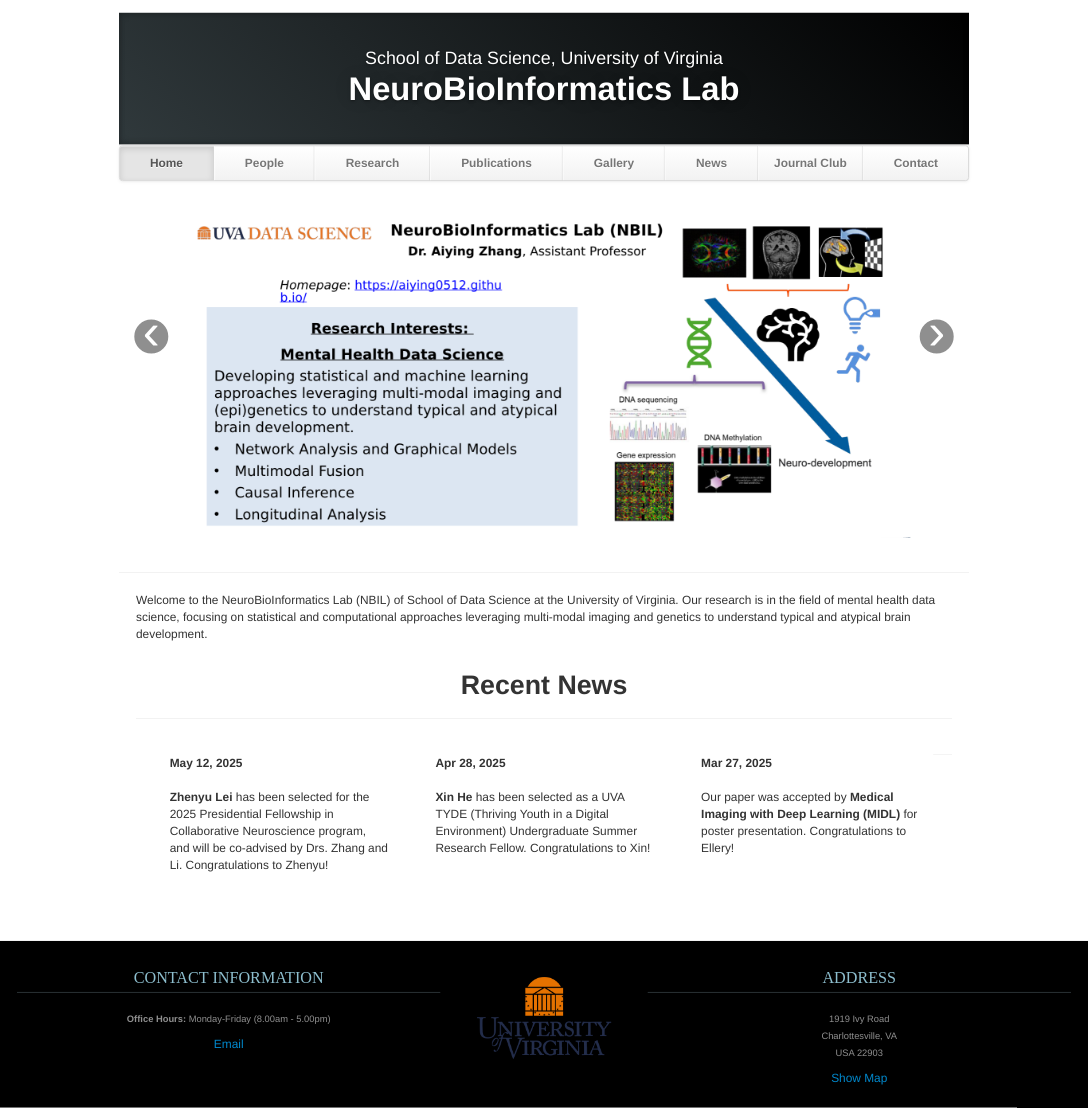
Repository: nbillab/nbillab.io
Page: index.html
An editor plug-in stored every save of this project. The page is shown before and after the next save, followed by the edit.
The browser window is 1280 px wide. The pictures show the whole page, at 85% of full size.

Above is the page before, as saved 2025-09-01 12:27:44.

### index.html
<!DOCTYPE html>
<html lang="en">
   <head>
      <meta charset="utf-8">
      <title>NeuroBioInformatics Lab</title>
      <meta name="viewport" content="width=device-width, initial-scale=1.0">
      <meta name="description" content="Research Lab, Home, Velit Aliquet Sagittis University">
      <meta name="author" content="">
      <!-- Le styles -->
      <link href="css/bootstrap.min.css" rel="stylesheet">
      <link href="css/bootstrap-responsive.min.css" rel="stylesheet">
      <link href="css/theme.css" rel="stylesheet">
   </head>
   <body>
      <div class="container">
         <header class="jumbotron subhead" id="overview">
            <p class="lead"> School of Data Science, University of Virginia </p>
            <h1>NeuroBioInformatics Lab</h1>
         </header>
         <div class="masthead">
            <div class="navbar">
               <div class="navbar-inner">
                  <div class="container">
                     <ul class="nav">
                        <li class="active"><a href="#">Home</a></li>
                        <li><a href="people.html">People</a></li>
                        <li><a href="research.html">Research</a></li>
                        <li><a href="publications.html">Publications</a></li>
                        <li><a href="gallery.html">Gallery</a></li>
                        <li><a href="news.html">News</a></li>
                        <li><a href="journalclub.html">Journal Club</a></li>
                        <li><a href="contact.html">Contact</a></li>
                     </ul>
                  </div>
               </div>
            </div>
         </div>
         <div class="row-fluid">
            <div class="span12">
               <div id="main-carousel" class="carousel slide">
                  <div class="carousel-inner">
                     <div class="item active">
                        <img src="images/lab_intro.png" class="carousel-image" alt="Lab Introduction" style="width: 100%; max-height: 400px; object-fit: contain;">
                     </div>
                     <div class="item">
                        <img src="images/IBrain_GNN.png" class="carousel-image" alt="Lab Gathering" style="width: 100%; max-height: 400px; object-fit: contain;">
                     </div>
                  </div>
                  <a class="left carousel-control" href="#main-carousel" data-slide="prev">‹</a>
                  <a class="right carousel-control" href="#main-carousel" data-slide="next">›</a>
               </div>
            </div>
         </div>
         <hr>
         <div class="container-fluid">
            <div class="row-fluid marketing">
               <div class="span12">
                  <p>
   Welcome to the NeuroBioInformatics Lab (NBIL) of School of Data Science at the University of Virginia.
   Our research is in the field of mental health data science, focusing on statistical and computational
   approaches leveraging multi-modal imaging and genetics to understand typical and atypical brain development.
                  </p>
                  <br/>
               </div>
               <div class="row-fluid">
                  <hr>
                  <h2 class="centered">Recent News</h2>
                  <hr>
               </div>
               <div class="span4 feature-item">
                  <h5><span class="date">May 12, 2025</span></h5>
                  <p><strong>Zhenyu Lei</strong> has been selected for the 2025 Presidential Fellowship in Collaborative Neuroscience program, and will be co-advised by Drs. Zhang and Li. Congratulations to Zhenyu!</p>
                  <br/>
               </div>
               <div class="span4 feature-item">
                  <h5><span class="date">Apr 28, 2025</span></h5>
                  <p><strong>Xin He</strong> has been selected as a UVA TYDE (Thriving Youth in a Digital Environment) Undergraduate Summer Research Fellow. Congratulations to Xin!</p>
                  <br/>
               </div>
               <div class="span4 feature-item">
                  <h5><span class="date">Mar 27, 2025</span></h5>
                  <p>Our paper was accepted by <strong>Medical Imaging with Deep Learning (MIDL)</strong> for poster presentation. Congratulations to Ellery!</p>
                  <br/>
               </div>
               <hr>
            </div>
            <div class="row-fluid">
               <!-- Additional news items can be added here if needed -->
            </div>
         </div>
      </div>
      <footer id="footer">
         <div class="container-fluid">
            <div class="row-fluid">
               <div class="span5">
                  <h3>Contact Information</h3>
                  <p><b>Office Hours: </b>Monday-Friday (8.00am - 5.00pm)</p>
                  <a href="mailto:xsa5db@virginia.edu">Email</a>
               </div>
               <div class="span2">
                  <a href="https://datascience.virginia.edu/"><img src = "images/UVA.png" alt="research-lab-logo"/></a>
               </div>
               <div class="span5">
                  <h3>Address</h3>
                  <p>1919 Ivy Road<br>
                     Charlottesville, VA<br>
                     USA 22903
                  </p>
                  <a href="http://maps.google.com/">Show Map</a>
               </div>
            </div>
         </div>
      </footer>

      <!-- Javascript files -->
      <script src="js/jquery-1.9.1.min.js"></script>
      <script src="js/bootstrap.min.js"></script>
   </body>
</html>

### css/theme.css
body {
	padding-top: 15px;
	padding-bottom: 0px;
}


/* Custom container */

.container {
	margin: 0 auto;
	max-width: 1000px;
}

.container>hr {
	margin: 20px 0
}


/* Customize the navbar links to be fill the entire space of the .navbar */

.navbar .navbar-inner {
	padding: 0
}

.navbar .nav {
	margin: 0;
	display: table;
	width: 100%;
}

.navbar .nav li {
	display: table-cell;
	width: 1%;
	float: none;
}

.navbar .nav li a {
	font-weight: bold;
	text-align: center;
	border-left: 1px solid rgba(255, 255, 255, .75);
	border-right: 1px solid rgba(0, 0, 0, .1);
}

.navbar .nav li:first-child a {
	border-left: 0;
	border-radius: 3px 0 0 3px;
}

.navbar .nav li:last-child a {
	border-right: 0;
	border-radius: 0 3px 3px 0;
}

body>.navbar {
	font-size: 13px
}


/* Change the docs' brand */

body>.navbar .brand {
	padding-right: 0;
	padding-left: 0;
	margin-left: 20px;
	float: right;
	font-weight: bold;
	color: #000;
	text-shadow: 0 1px 0 rgba(255, 255, 255, .1), 0 0 30px rgba(255, 255, 255, .125);
	-webkit-transition: all .2s linear;
	-moz-transition: all .2s linear;
	transition: all .2s linear;
}

body>.navbar .brand:hover {
	text-decoration: none;
	text-shadow: 0 1px 0 rgba(255, 255, 255, .1), 0 0 30px rgba(255, 255, 255, .4);
}


/* Sidenav for Docs
         -------------------------------------------------- */

@media screen and (max-width: 768px) {
	.bs-docs-sidenav {
		display: none !important;
	}
}

.bs-docs-sidenav {
	width: 228px;
	margin: 30px 0 0;
	padding: 0;
	background-color: #fff;
	-webkit-border-radius: 6px;
	-moz-border-radius: 6px;
	border-radius: 6px;
	-webkit-box-shadow: 0 1px 4px rgba(0, 0, 0, .065);
	-moz-box-shadow: 0 1px 4px rgba(0, 0, 0, .065);
	box-shadow: 0 1px 4px rgba(0, 0, 0, .065);
}

.bs-docs-sidenav>li>a {
	display: block;
	width: 200px;
	margin: 0 0 -1px;
	padding: 8px 14px;
	border: 1px solid #e5e5e5;
}

.bs-docs-sidenav>li>a.subhead {
	display: block;
	width: 168px;
	margin: 0 0 -1px;
	padding: 8px 30px;
	border: 1px solid #e5e5e5;
	font-size: 12px;
}

.bs-docs-sidenav>li:first-child>a {
	-webkit-border-radius: 6px 6px 0 0;
	-moz-border-radius: 6px 6px 0 0;
	border-radius: 6px 6px 0 0;
}

.bs-docs-sidenav>li:last-child>a {
	-webkit-border-radius: 0 0 6px 6px;
	-moz-border-radius: 0 0 6px 6px;
	border-radius: 0 0 6px 6px;
}

.bs-docs-sidenav>.active>a {
	position: relative;
	z-index: 2;
	padding: 9px 15px;
	border: 0;
	text-shadow: 0 1px 0 rgba(0, 0, 0, .15);
	-webkit-box-shadow: inset 1px 0 0 rgba(0, 0, 0, .1), inset -1px 0 0 rgba(0, 0, 0, .1);
	-moz-box-shadow: inset 1px 0 0 rgba(0, 0, 0, .1), inset -1px 0 0 rgba(0, 0, 0, .1);
	box-shadow: inset 1px 0 0 rgba(0, 0, 0, .1), inset -1px 0 0 rgba(0, 0, 0, .1);
}

.bs-docs-sidenav>li>a:hover {
	background-color: #f5f5f5
}

.bs-docs-sidenav a:hover .icon-chevron-right {
	opacity: .5
}

.bs-docs-sidenav.affix {
	top: 10px
}

.bs-docs-sidenav.affix-bottom {
	position: absolute;
	top: auto;
	bottom: 270px;
}


/* Responsive
         -------------------------------------------------- */

.affix {
	top: 0px
}

#media {
	margin-top: 70px
}

#media .header {
	margin-left: 0;
	margin-bottom: 56px;
	margin-top: 30px;
}

#media .post_row {
	margin-left: 0;
	margin-bottom: 40px;
}

#media .lastpost_row {
	margin-bottom: 0
}

#media .post_row .post {
	background: #fff;
	/*margin-left: 0;;
    margin-right: 20px;*/
	border-radius: 4px;
	box-shadow: 1px 1px 2px 0px #E0E0E0;
	width: 487px;
	height: 616px;
}

#media .post_row .last {
	margin-right: 0
}

#media .post_row .post .img {
	position: relative;
	text-align: center;
}

#media .post_row .post .img .date {
	background: #E8554E;
	position: absolute;
	padding: 2px 5px;
	top: 0;
	left: 11px;
}

#media .post_row .post .img .date p {
	color: #fff;
	font-size: 14px;
	font-weight: bold;
	font-style: italic;
	margin: 0;
}

#media .post_row .post .img img {
	height: 275px;
	width: 410px;
}

#media .post_row .post .text {
	margin: 18px auto 0;
	width: 83%;
}

#media .post_row .post .text h5 {
	margin: 0 0 8px 0;
	font-size: 20px;
	line-height: 23px;
}

#media .post_row .post .text h5 a {
	color: #333
}

#media .post_row .post .text span.date {
	color: #9F9F9F;
	display: block;
	margin-bottom: 12px;
	font-style: italic;
	font-size: 13px;
}

#media .post_row .post .text p {
	margin: 0;
	line-height: 21px;
	font-size: 14px;
}

#media .post_row .post .author_box {
	margin: 12px auto 20px;
	border-top: 1px solid #EDEDED;
	overflow: hidden;
	text-align: left;
	width: 85%;
	padding-top: 12px;
}

#media .post_row .post .author_box h6 {
	margin: 0 0 3px 0;
	font-size: 13px;
	line-height: 15px;
	font-style: italic;
	font-weight: normal;
	color: #B2B2B2;
}

#media .post_row .post .author_box p {
	color: #B2B2B2;
	font-style: italic;
	font-size: 13px;
	line-height: 14px;
	margin: 0;
}

#media .post_row .post .author_box img {
	float: right
}

#media .post_row .post a.plus_wrapper {
	width: 99%;
	text-align: center;
	background: #fff;
	display: none;
	border-radius: 0px 0px 4px 4px;
	padding: 6px 0px 2px;
	margin: 0 auto 1px;
}

#media .post_row .post a.plus_wrapper span {
	color: #1189D9;
	font-size: 30px;
	font-weight: bold;
}

#media .post_row .post:hover a.plus_wrapper {
	display: block
}

#media .post_row .post:hover {
	box-shadow: 0px 1px 5px 1px rgb(216, 216, 216)
}

#media .post_row .post:hover .text h5 a {
	color: #1189D9
}

.map .box_wrapp {
	position: absolute;
	margin: 15px auto;
	box-shadow: 0 0 7px 0 rgba(26, 26, 26, 0.4);
	padding: 30px 0 30px;
	background: white;
	border-radius: 4px;
	margin-top: 25px;
}

.map .box_wrapp .box_cont {
	margin: 30px auto;
	width: 76%;
}

.section-header {
	text-align: center;
	margin-bottom: 35px;
}

.section-header h1,
.title-text {
	font-weight: bold;
	font-size: 30px;
	margin: 12.5px 0;
	font-weight: 100;
	margin-bottom: 25px;
	line-height: 55px;
}

.feature-item:hover {
	box-shadow: 0px 1px 5px 1px rgb(216, 216, 216)
}

.feature-item img {
	margin-left: 15px;
	margin-right: 15px;
	max-width: 90%;
	height: 200px;
}

.feature-item h5 {
	margin-left: 15px;
	margin-right: 15px;
	margin-top: 20px;
	margin-bottom: 20px;
}

.feature-item p {
	margin-left: 15px;
	margin-right: 15px;
}

.feature-heading {
	margin-top: 20px;
	margin-bottom: 20px;
	margin-left: 15px;
	margin-right: 15px;
}

.feature-heading a:hover {
	text-decoration: none;
}

.feature-button {
	font-size: 16px;
	background-image: none;
	box-shadow: none;
	margin-bottom: 10px;
}

.centered {
	text-align: center;
}

.subhead {
	text-align: left;
	border-bottom: 1px solid #ddd;
}

.jumbotron {
	position: relative;
	padding: 45px 0px 35px 0px;
	color: #fff;
	text-align: center;
	text-shadow: 0 1px 3px rgba(0, 0, 0, .4), 0 0 30px rgba(0, 0, 0, .075);
	background: #30393C;
	background: -moz-linear-gradient(45deg, #30393C 0%, #000000 100%);
	background: -webkit-gradient(linear, left bottom, right top, color-stop(0%, #30393C), color-stop(100%, #30393C));
	background: -webkit-linear-gradient(45deg, #30393C 0%, #000000 100%);
	background: -o-linear-gradient(45deg, #30393C 0%, #000000 100%);
	background: -ms-linear-gradient(45deg, #30393C 0%, #000000 100%);
	background: linear-gradient(45deg, #30393C 0%, #000000 100%) repeat;
	-webkit-box-shadow: inset 0 3px 7px rgba(0, 0, 0, .2), inset 0 -3px 7px rgba(0, 0, 0, .2);
	-moz-box-shadow: inset 0 3px 7px rgba(0, 0, 0, .2), inset 0 -3px 7px rgba(0, 0, 0, .2);
	box-shadow: inset 0 3px 7px rgba(0, 0, 0, .2), inset 0 -3px 7px rgba(0, 0, 0, .2);
}

.jumbotron:after {
	content: '';
	display: block;
	position: absolute;
	top: 0;
	right: 0;
	bottom: 0;
	left: 0;
	opacity: .4;
}

.lead {
	margin-bottom: 0px;
	font-size: 21px;
	font-weight: 200;
	line-height: 15px;
}

img.float-left {
	float: left;
	margin-top: 9px;
	margin-left: 0px;
	margin-right: 30px;
	margin-bottom: 12px;
}

img.float-right {
	float: right;
	margin-top: 9px;
	margin-right: 0px;
	margin-bottom: 12px;
	margin-left: 30px;
}

img.publications-thumb {
	width: 142px;
	height: 188px;
}

.caption {
	margin: 10px;
}

.responsive-video {
	position: relative;
	padding-bottom: 56.25%;
	padding-top: 60px;
	overflow: hidden;
}

.responsive-video iframe,
.responsive-video object,
.responsive-video embed {
	position: absolute;
	top: 0;
	left: 0;
	width: 93.5%;
	height: 93.5%;
}

.video-caption {
	margin: 10px;
}

.accordion {
	margin-bottom: 20px;
	margin-right: 40px;
}

.thumbnail>img.sponsor {
	width: 212px;
	height: 150px;
}

img.carousel-image {
	width: 100%;
}

li.publication {
	margin-bottom: 20px;
}

.page-header h3 a:hover {
	text-decoration: none;
}

iframe.map-frame {
	border: none;
	overflow: hidden;
	margin-top: 10px;
	margin-bottom: 10px;
	margin-left: 0px;
	margin-right: 0px;
	height: 550px;
	width: 100%;
}

ul.sponsors {
	margin-top: 40px;
	margin-bottom: 40px;
}

#footer {
	z-index: 10;
	margin-top: 50px;
	margin-bottom: 0px;
	padding-bottom: 25px;
	border-top-width: 8px;
	border-top-style: solid;
	border-top-color: #2F2F2F;
	background-color: #000000;
	border: 0;
	font-size: 100%;
	font: inherit;
	vertical-align: baseline;
	text-align: center;
}

#footer h3 {
	font-size: 19px;
	text-transform: uppercase;
	font-family: BebasNeueRegular;
	color: #8DBECE;
	border-bottom-width: 1px;
	border-bottom-style: solid;
	border-bottom-color: #30393C;
	line-height: 35px;
	margin-bottom: 20px;
	margin-top: 25px;
	font-weight: normal;
}

#footer a img {
	margin-top: 40px;
}

#footer p,
#footer address {
	color: #8F8F8F;
	font-size: 11px;
}

Loaded but not shown: css/bootstrap.min.css (library); css/bootstrap-responsive.min.css (library); js/jquery-1.9.1.min.js (library); js/bootstrap.min.js (library)

After the next save:
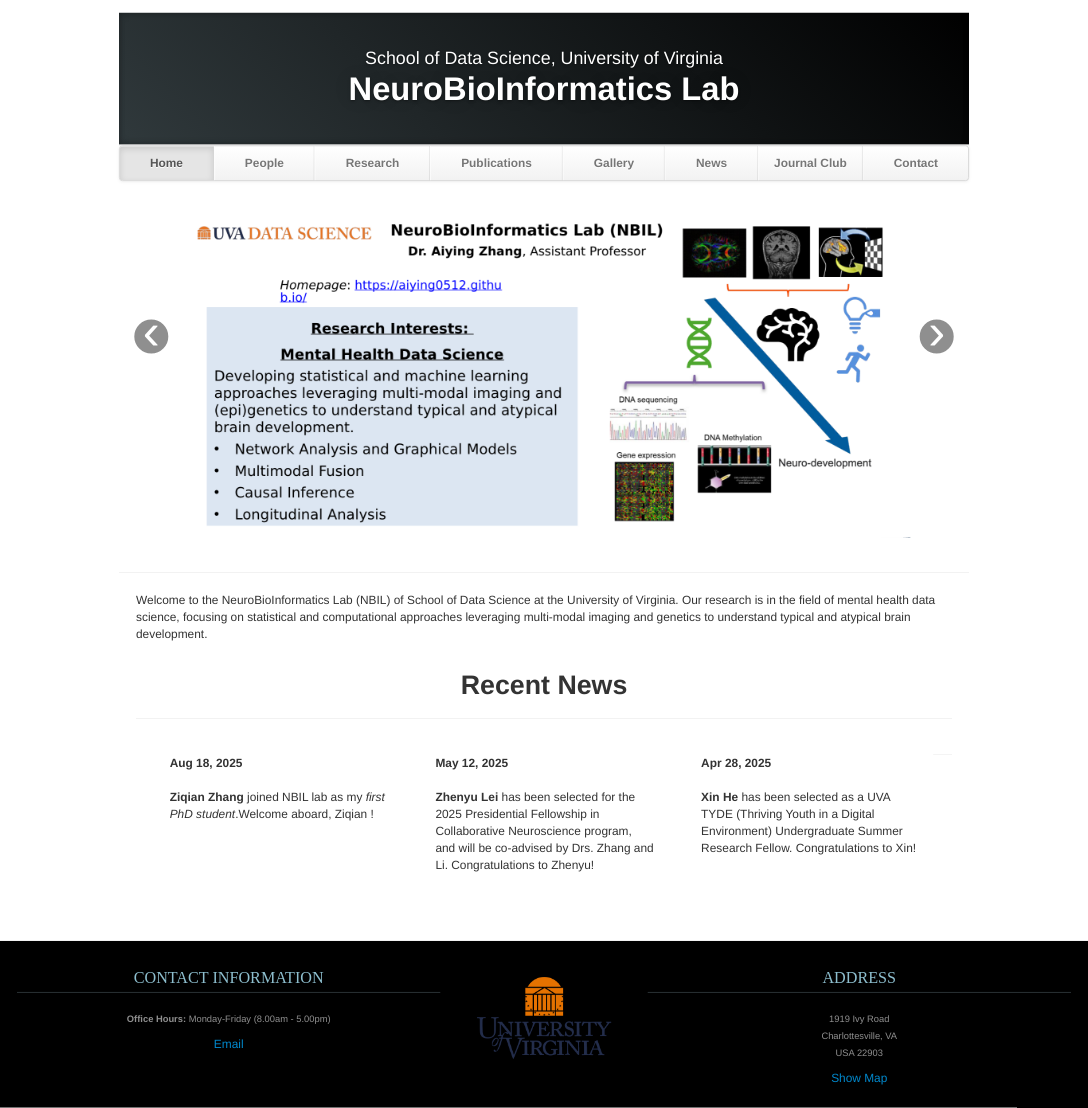
Saved 20 min 11 s later.
--- a/index.html
+++ b/index.html
@@ -68,6 +68,11 @@
                   <hr>
                </div>
                <div class="span4 feature-item">
+                  <h5><span class="date">Aug 18, 2025</span></h5>
+                  <p><strong>Ziqian Zhang</strong> joined NBIL lab as my <em>first PhD student</em>.Welcome aboard, Ziqian ! </p>
+                  <br/>
+               </div>
+               <div class="span4 feature-item">
                   <h5><span class="date">May 12, 2025</span></h5>
                   <p><strong>Zhenyu Lei</strong> has been selected for the 2025 Presidential Fellowship in Collaborative Neuroscience program, and will be co-advised by Drs. Zhang and Li. Congratulations to Zhenyu!</p>
                   <br/>
@@ -77,11 +82,7 @@
                   <p><strong>Xin He</strong> has been selected as a UVA TYDE (Thriving Youth in a Digital Environment) Undergraduate Summer Research Fellow. Congratulations to Xin!</p>
                   <br/>
                </div>
-               <div class="span4 feature-item">
-                  <h5><span class="date">Mar 27, 2025</span></h5>
-                  <p>Our paper was accepted by <strong>Medical Imaging with Deep Learning (MIDL)</strong> for poster presentation. Congratulations to Ellery!</p>
-                  <br/>
-               </div>
+
                <hr>
             </div>
             <div class="row-fluid">
